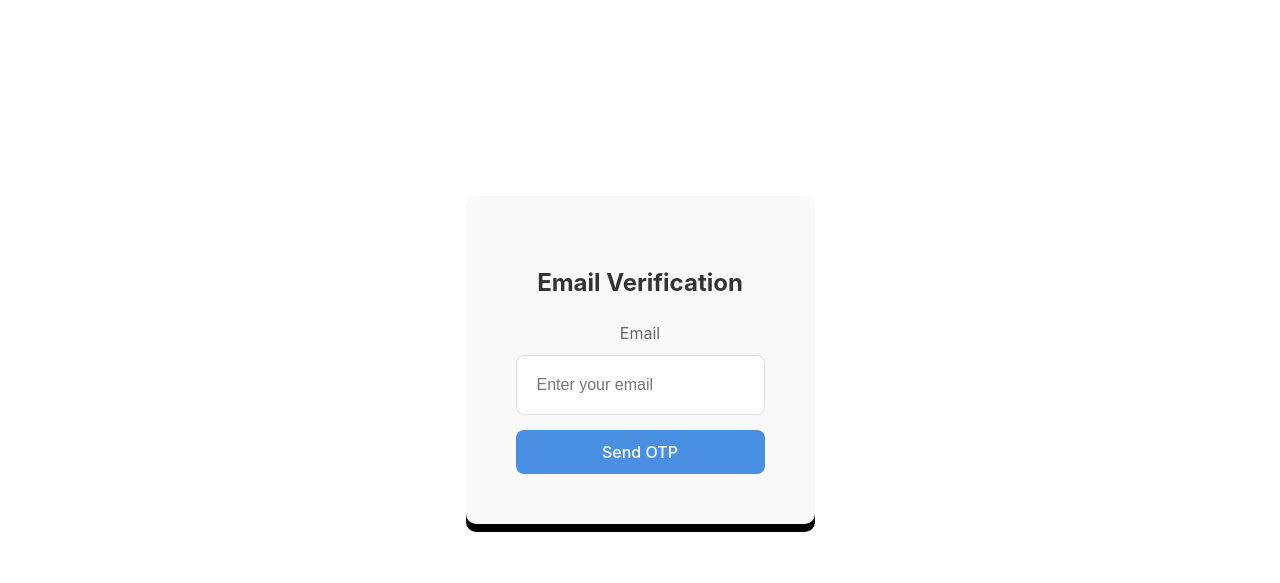
Repository: sarathraj2002/MockTest
Page: / (app in Frontend/)
These files come from the project's save history. The page is drawn as it stood at one moment and after the next save; the edit follows.
The browser window is 1280 px wide. The pictures show the whole page.
The project was rebuilt for these pictures with package versions that can differ from the ones it lists, and the page was loaded fresh each time. Also part of the build but not shown: Frontend/vite.config.js, Frontend/src/components/Home.jsx, Frontend/src/components/Mail.jsx.

Above is the page before, as saved 2024-11-13 17:06:49.

After the next save:
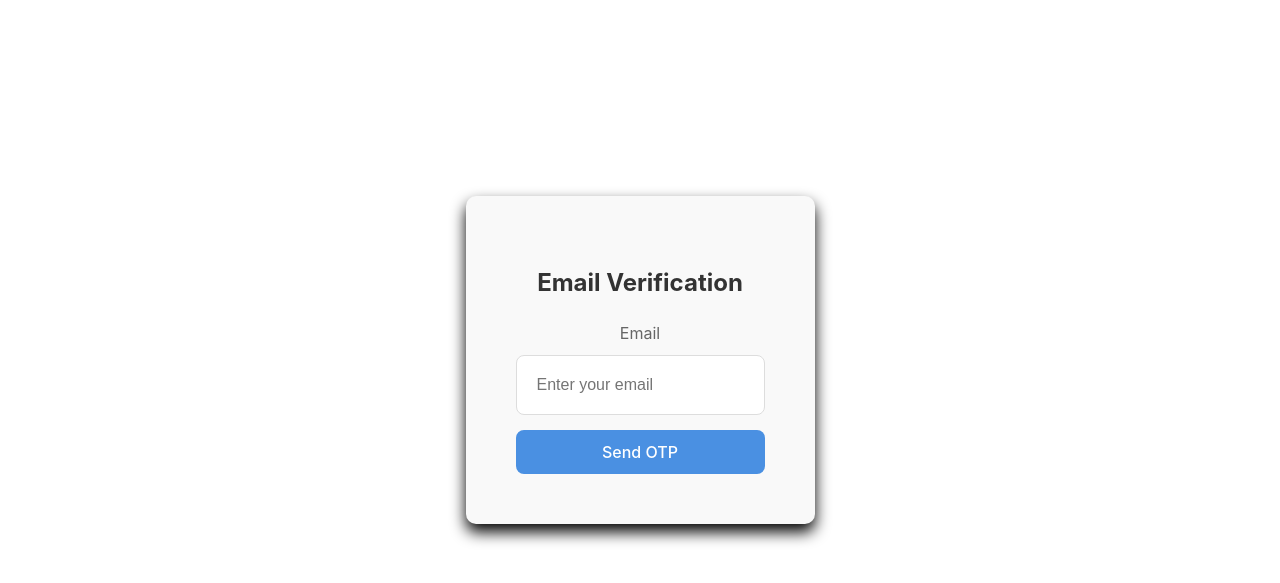
Saved 4 s later.
--- a/Frontend/src/components/Otp.jsx
+++ b/Frontend/src/components/Otp.jsx
@@ -57,7 +57,7 @@ function Email({ onEmailSubmit }) {
     padding: '50px',
     textAlign: 'center',
     backgroundColor: '#f9f9f9',
-    boxShadow: '0 8px 0px rgba(2, 2, 2, 1)',
+    boxShadow: '0 8px 15px rgba(2, 2, 2, 1)',
     borderRadius: '10px',
   }}
 >
